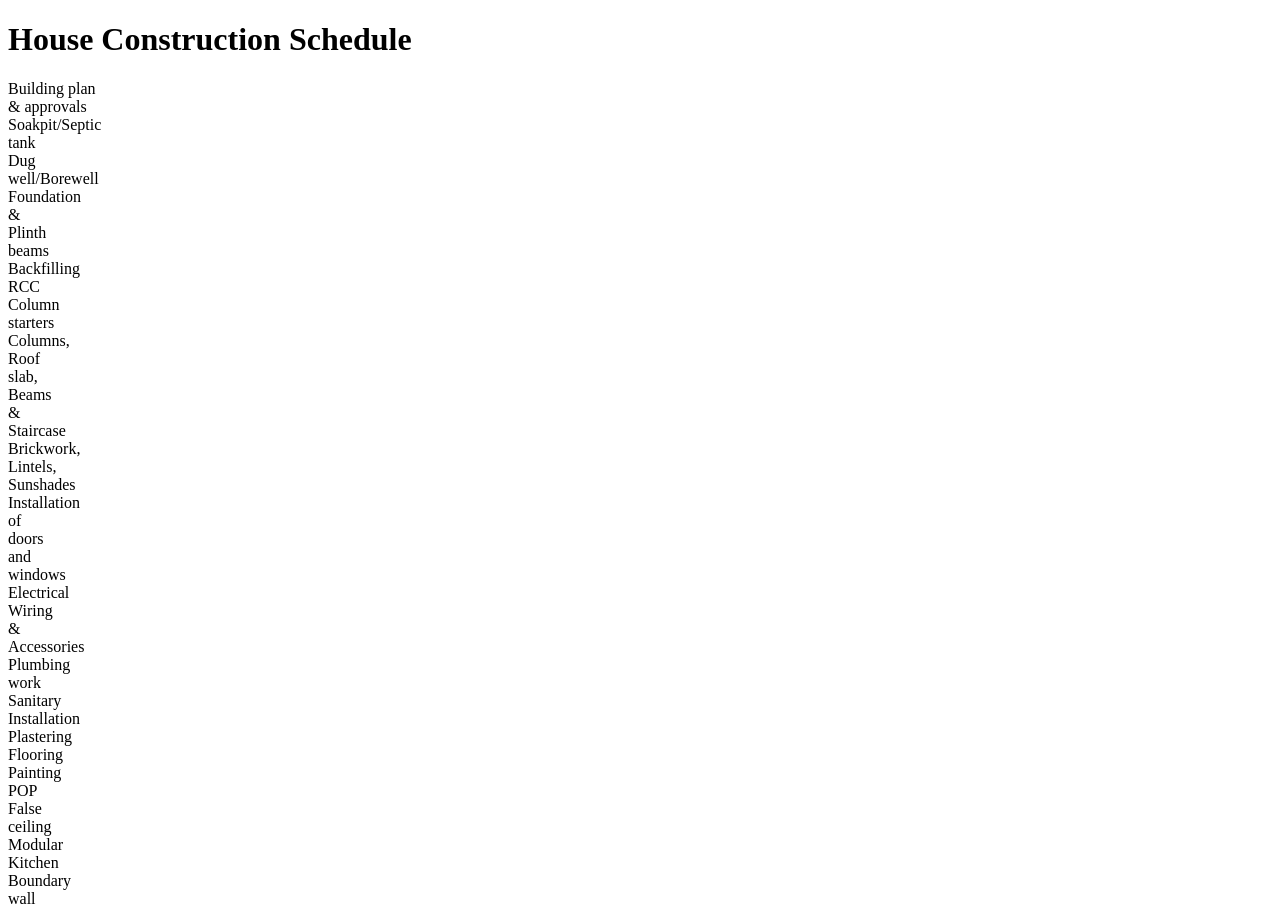
Repository: Madhava-IT-Solutions/yaminikollumittasks
Page: CONSTRUCTION DURATION/DURATION/duaration.html
An editor plug-in stored every save of this project. The page is shown before and after a run of saves, followed by the edit.
The browser window is 1280 px wide. The pictures show the whole page.

Above is the page before, as saved 2024-12-22 16:13:12.

After the next 4 saves:
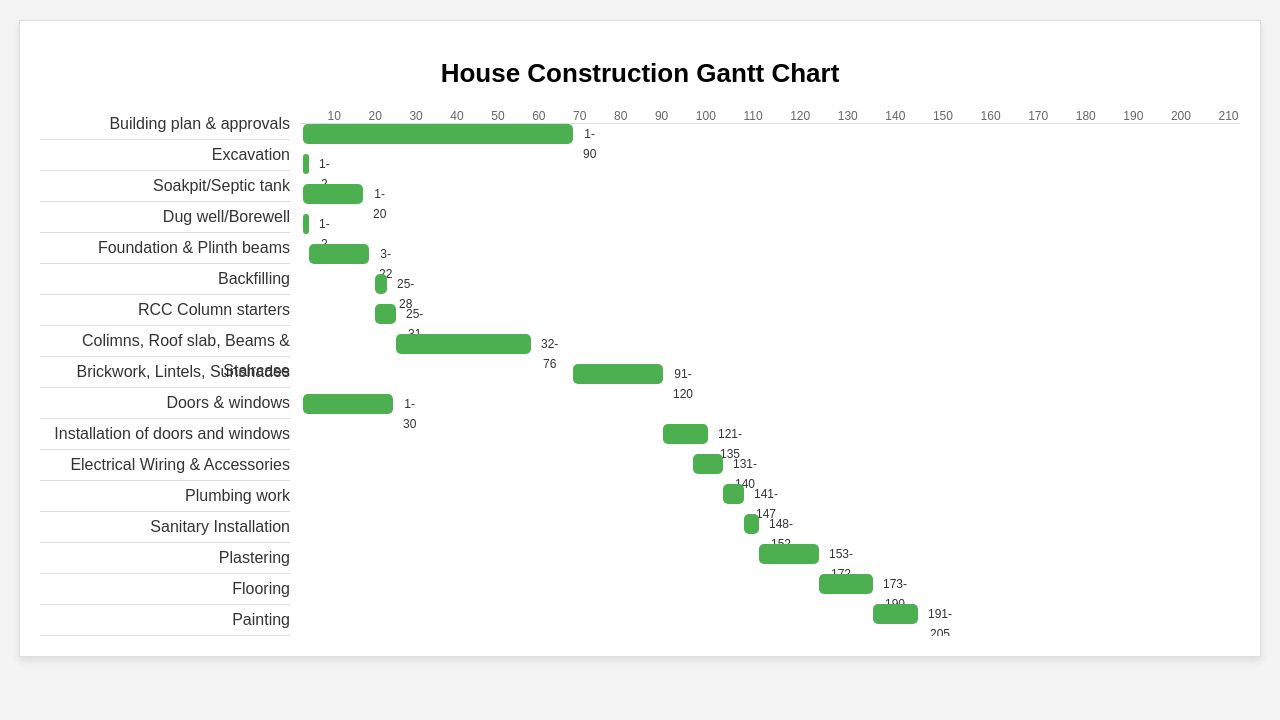
The 4 saves are shown as one change because they came seconds apart.
The last was saved 20 s later.
--- a/CONSTRUCTION DURATION/DURATION/duaration.html
+++ b/CONSTRUCTION DURATION/DURATION/duaration.html
@@ -4,32 +4,21 @@
     <meta charset="UTF-8">
     <meta name="viewport" content="width=device-width, initial-scale=1.0">
     <title>House Construction Gantt Chart</title>
-    <link rel="stylesheet" href="styles.css">
+    <link rel="stylesheet" href="duration.css">
 </head>
 <body>
-    <div class="gantt-container">
-        <h1>House Construction Schedule</h1>
-        <div class="gantt-chart">
-            <div class="gantt-task" style="width: 90px; left: 0px;">Building plan & approvals</div>
-            <div class="gantt-task" style="width: 20px; left: 0px;">Soakpit/Septic tank</div>
-            <div class="gantt-task" style="width: 2px; left: 0px;">Dug well/Borewell</div>
-            <div class="gantt-task" style="width: 20px; left: 2px;">Foundation & Plinth beams</div>
-            <div class="gantt-task" style="width: 4px; left: 24px;">Backfilling</div>
-            <div class="gantt-task" style="width: 7px; left: 24px;">RCC Column starters</div>
-            <div class="gantt-task" style="width: 45px; left: 32px;">Columns, Roof slab, Beams & Staircase</div>
-            <div class="gantt-task" style="width: 30px; left: 91px;">Brickwork, Lintels, Sunshades</div>
-            <div class="gantt-task" style="width: 15px; left: 121px;">Installation of doors and windows</div>
-            <div class="gantt-task" style="width: 10px; left: 131px;">Electrical Wiring & Accessories</div>
-            <div class="gantt-task" style="width: 7px; left: 141px;">Plumbing work</div>
-            <div class="gantt-task" style="width: 5px; left: 148px;">Sanitary Installation</div>
-            <div class="gantt-task" style="width: 20px; left: 153px;">Plastering</div>
-            <div class="gantt-task" style="width: 18px; left: 173px;">Flooring</div>
-            <div class="gantt-task" style="width: 15px; left: 191px;">Painting</div>
-            <div class="gantt-task" style="width: 7px; left: 171px;">POP False ceiling</div>
-            <div class="gantt-task" style="width: 7px; left: 179px;">Modular Kitchen</div>
-            <div class="gantt-task" style="width: 6px; left: 121px;">Boundary wall</div>
+    <div class="container">
+        <h1>House Construction Gantt Chart</h1>
+        <div class="chart-wrapper">
+            <div class="y-axis">
+                <div class="y-axis-labels"></div>
+            </div>
+            <div class="x-axis">
+                <div class="x-axis-labels"></div>
+                <div id="gantt-chart"></div>
+            </div>
         </div>
     </div>
-    <script src="script.js"></script>
+    <script src="duration.js"></script>
 </body>
 </html>
